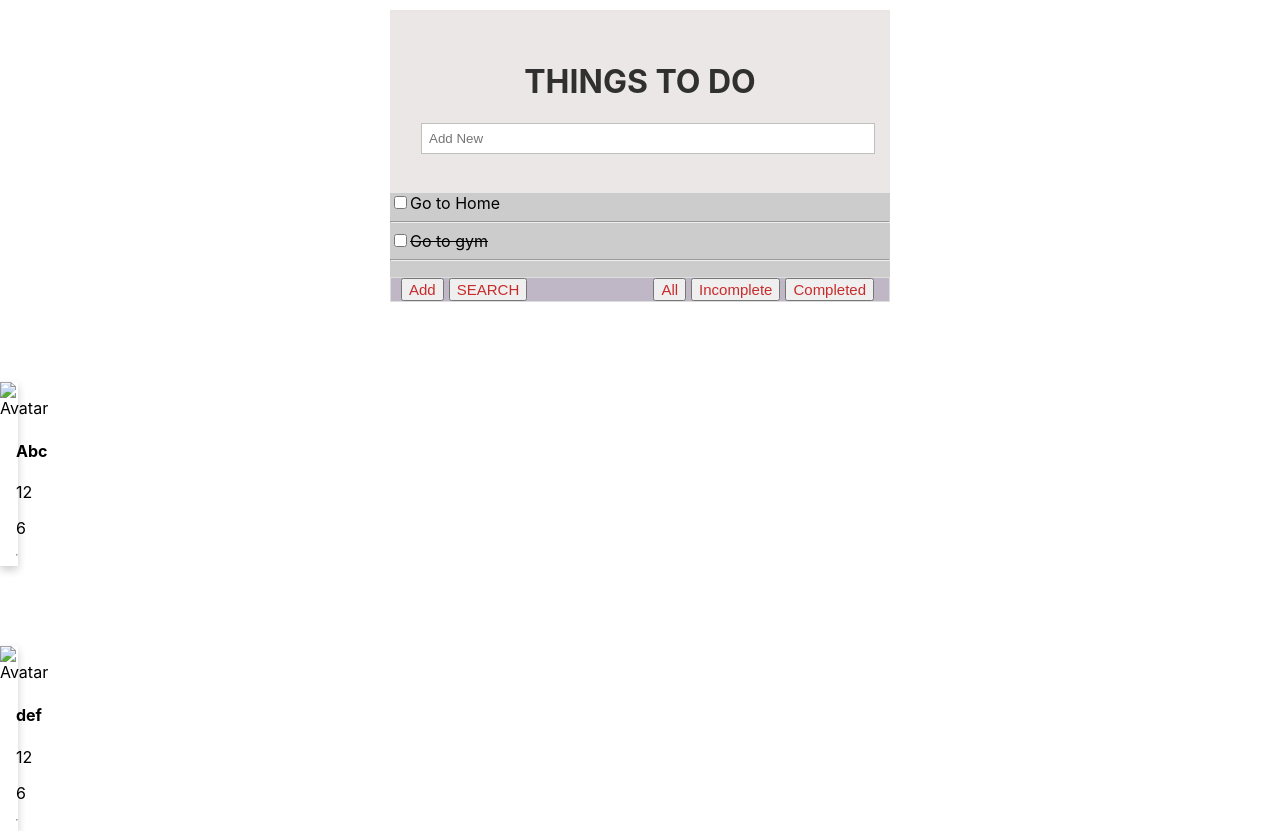
Repository: kirangautam45/To-Do-Application
Page: /
These files come from the project's save history. The page is drawn as it stood at one moment and after a run of saves; the edit follows.
The browser window is 1280 px wide. The pictures show the whole page.
The project was rebuilt for these pictures with package versions that can differ from the ones it lists, and the page was loaded fresh each time.

Above is the page before, as saved 2022-08-12 10:58:21.

### src/App.js
import "./App.css";
import Tittle from "./components/Tittle";
import Input from "./components/Input";
import ToDoItem from "./components/ToDoItem";
import Footer from "./components/Footer";
import Cards from "./components/cards";

const todos = [
  {
    task: "Go to Home",
    isCompleted: false,
  },
  {
    task: "Go to gym",
    isCompleted: true,
  },
];
const studentName = [
  { name: "Abc", rollNumber: 12, class: 6, },
  { name: "def", rollNumber: 12, class: 6 },
];

function App() {
  return (
    <>
      <div div className="Body">
        <div className="To_Body">
          <Tittle />
          <Input />
        </div>
        {todos.map((item, index) => (
          <ToDoItem
            key={index}
            title={item.task}
            isCompleted={item.isCompleted}
          />
        ))}
        <Footer />
      </div>

      {studentName.map((student,index)=>(
        <Cards
        key ={index}
        name={student.name}
        roll={student.rollNumber}
        class={student.class}

        />
      ))
      }

    </>
  );
}

export default App;

### src/App.css
.Body {
  background-color: #ccc;
 width: 500px;
 margin: 10px auto;
display: 'flex';

}
.Header{
  text-align: center;
  color:rgb(49, 48, 48);
}
.To_Body{
min-height: fit-content;
justify-content: center;
background-color: #ebe7e7;
padding: 30px;
border: 1px rgb(234, 228, 228);
    border-top-style: none;
    border-right-style: none;
    border-left-style: none;
border-style: solid solid none;
}
.Input_text{
  outline: none;
  width: 100%;
  padding: 7px;
  border: 1px solid  rgb(192, 191, 191);
  margin-bottom: 2%;
}
.Icon{
  justify-content:space-evenly;
  height: auto;
  flex-direction: row;
justify-content: space-between;
border: 1px solid #ddd;
background-color: #bfb7c6;
padding: 12px 20px;
text-decoration: line-through;
margin: 1em auto;
display: flex;
justify-content: space-between;
padding: 0 10px;
}

.Icon_right{
text-align: right;
flex-direction: row;

}
.Icon_button {
  height:auto;
  width: auto;
  align-items: left;
  color: rgb(201, 42, 42);
  font-size: 15px;
  margin-right: 5px;
  cursor: pointer;
  height: 1;
  padding: 5;
}
.Border{
  line-break: auto 1 ;
  border-radius: 1rem;
}
.Text{
  text-decoration: line-through;
    text-decoration-line: line-through;
    text-decoration-style: solid;
    text-decoration-color: currentcolor;
    text-decoration-thickness: auto;
}
.card {
  /* Add shadows to create the "card" effect */
  box-shadow: 0 4px 8px 0 rgba(0,0,0,0.2);
  transition: 0.3s;
  width: 18px;
  display: block;
  margin-block-start:5rem;
}

/* On mouse-over, add a deeper shadow */
.card:hover {
  box-shadow: 0 8px 16px 0 rgba(0,0,0,0.2);
}

/* Add some padding inside the card container */
.container {
  padding: 2px 16px;
}

### src/components/Tittle.js
import React from 'react'

const Tittle = () => {
  return (
    <div>
      <h1 className="Header"> THINGS TO DO</h1>
    </div>
  )
}

export default Tittle

### src/components/Input.js
import React from 'react'

const Input = () => {
  return (
    <div>
      <input className="Input_text" placeholder="Add New" />
    </div>
  )
}

export default Input

### src/components/ToDoItem.js
import React from "react";

const ToDoItem = (props) => {
  return (
    <div className="Box">
      <input type="checkbox" />
      <span className={`${props.isCompleted ? "Text" : ""}`}>
        {props.title}{" "}
      </span>
      <hr />
    </div>
  );
};

export default ToDoItem;

### src/components/Footer.js
import React from 'react'

const Footer = () => {
  return (
    <div>
          <div className="Icon">
              <div>
                <button className="Icon_button">Add</button>
                <button className="Icon_button">SEARCH</button>
              </div>
              <div className="Icon_right">
                <button className="Icon_button">All</button>
                <button className="Icon_button">Incomplete</button>
                <button className="Icon_button">Completed</button>
              </div>
          </div>
    </div>
  )
}

export default Footer

### src/components/cards.js
import React from 'react'

const cards = (props) => {
  return (

       <div class="card">
  <img src={props.image} alt="Avatar"  width={100}/>
  <div class="container">
    <h4><b>{props.name}</b></h4>
    <p>{props.roll}</p>
    <p>{props.class}</p>
    <hr/>
  </div>
</div>
  )
}

export default cards

Loaded but not shown: public/index.html (common file); src/index.js (common file); src/index.css (common file)

After the next 4 saves:
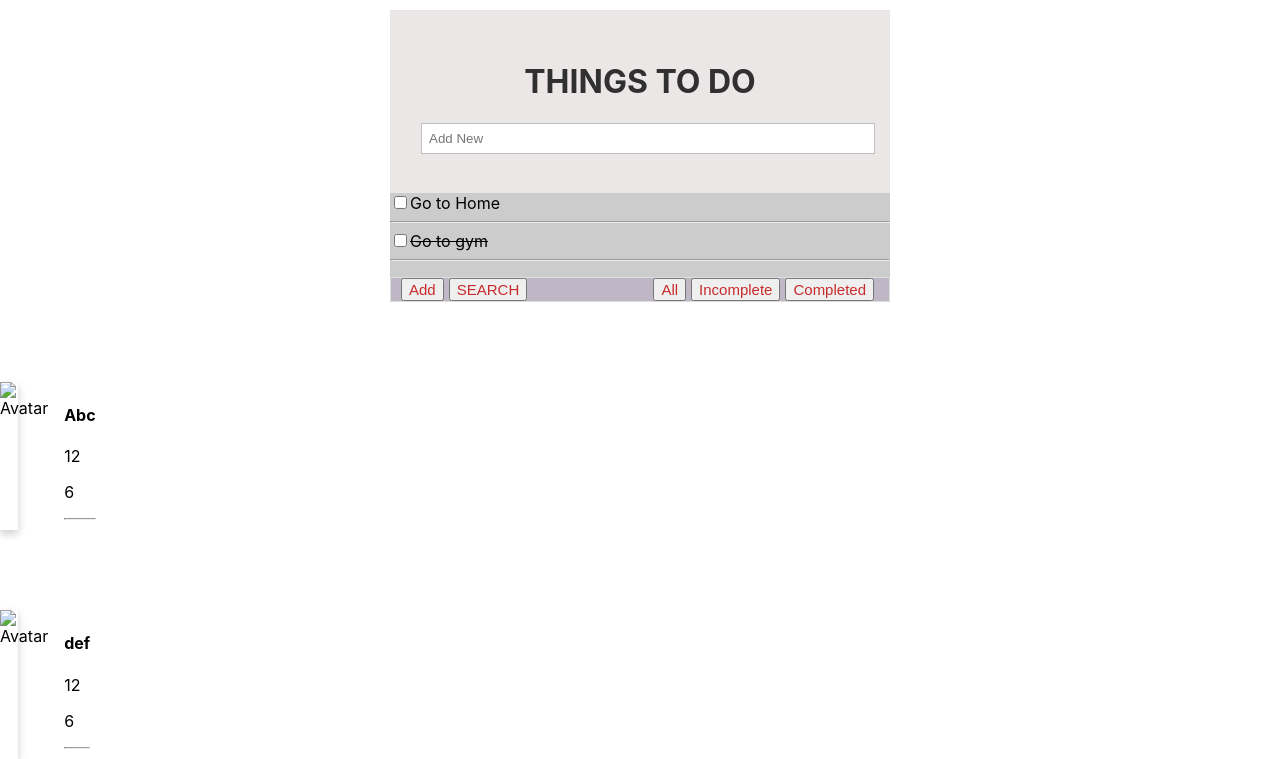
The 4 saves are shown as one change because they came seconds apart.
The last was saved 13 s later.
--- a/src/App.css
+++ b/src/App.css
@@ -74,7 +74,7 @@ flex-direction: row;
   box-shadow: 0 4px 8px 0 rgba(0,0,0,0.2);
   transition: 0.3s;
   width: 18px;
-  display: block;
+  display:flex;
   margin-block-start:5rem;
 }
 
